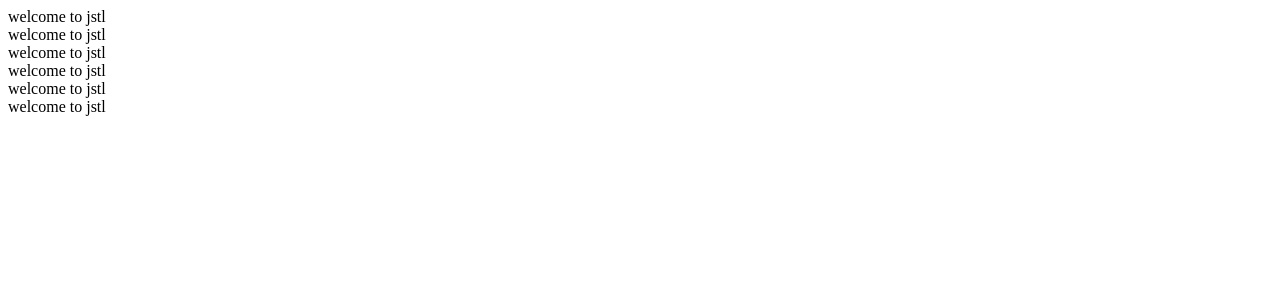
Repository: vinodkumarr269/mode1
Page: http://localhost/JstlDemo/loopDemo.jsp
The author's editor kept a copy of each file at every save. The page is drawn from the files as they stood at one save, then again after the next save.
The browser window is 1280 px wide. The pictures show the whole page.
The page is served by Tomcat 9.

Above is the page before, as saved 2019-08-26 04:12:58.

After the next save:
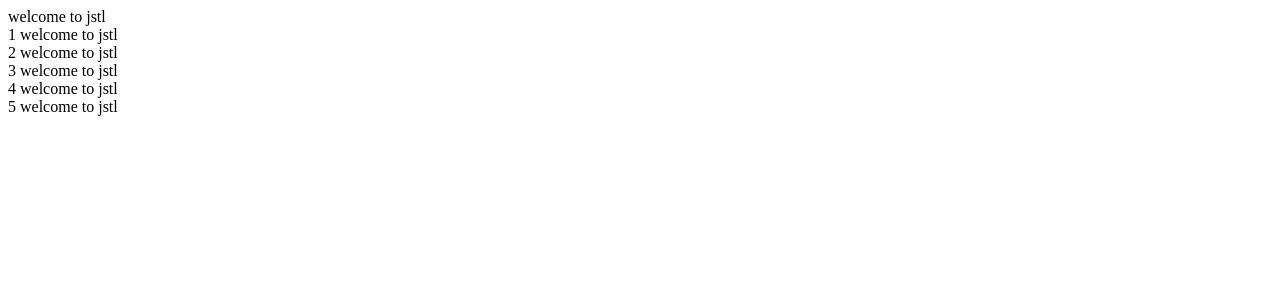
Saved 3 min 2 s later.
--- a/day15/JstlDemo/WebContent/loopDemo.jsp
+++ b/day15/JstlDemo/WebContent/loopDemo.jsp
@@ -9,6 +9,8 @@
 </head>
 <body>
 <c:forEach step="1"  begin="1" end="6">
+<c:out value="${i}"/>
+<c:set var="i" value="${i+1}"/>
 <c:out value="welcome to jstl"/><br/>
 </c:forEach>
 
